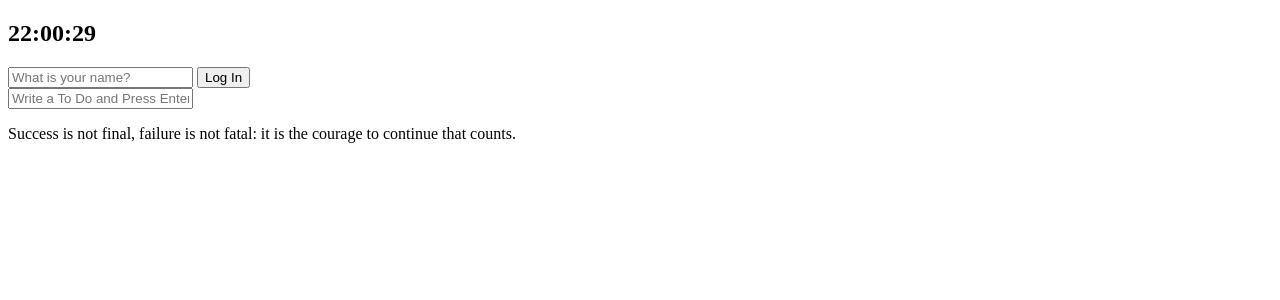
Repository: yoonanimous/ChromeApp
Page: index.html
These files come from the project's save history. The page is drawn as it stood at one moment and after the next save; the edit follows.
The browser window is 1280 px wide. The pictures show the whole page.

Above is the page before, as saved 2022-12-04 20:02:30.
Console error: ReferenceError: author is not defined

After the next save:
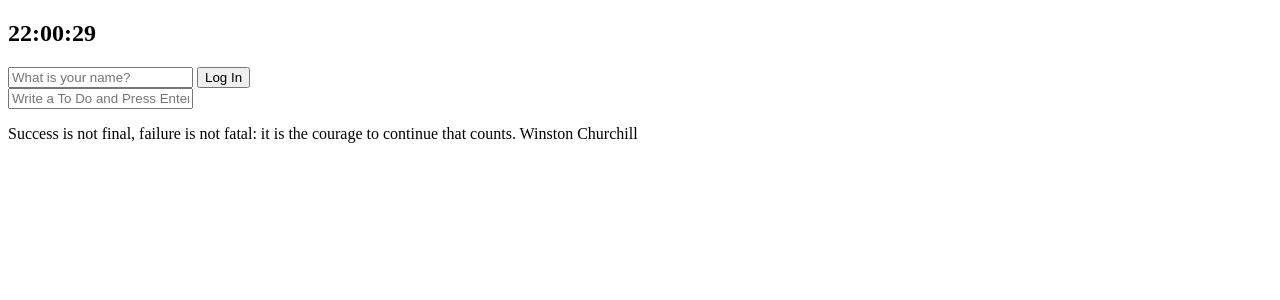
The error is gone.
Saved 2 min 23 s later.
--- a/index.html
+++ b/index.html
@@ -31,7 +31,7 @@
 		<ul id="todo-list"></ul>
 		<div id="quote">
 			<span></span>
-			<span></span>
+			<span id="author"></span>
 		</div>
 	</body>
 </html>
